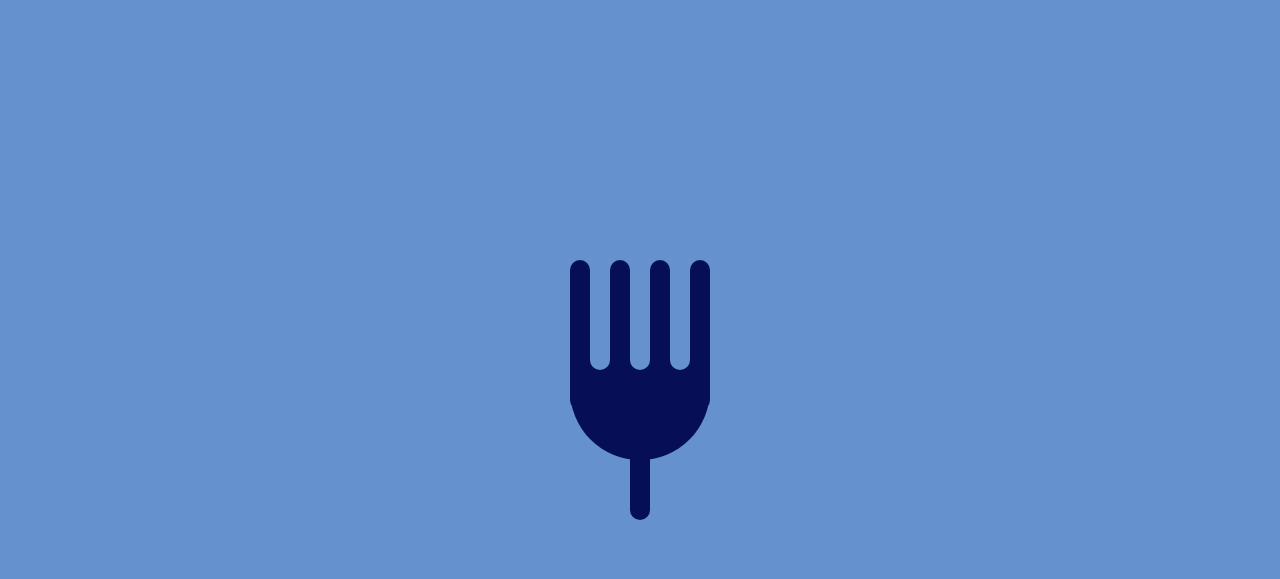
Repository: hankolsen/css-battle
Page: 01-pilot-battle/08-forking-crazy.html
An editor plug-in stored every save of this project. The page is shown before and after the next save, followed by the edit.
The browser window is 1280 px wide. The pictures show the whole page.

Above is the page before, as saved 2021-02-06 19:14:38.

After the next save:
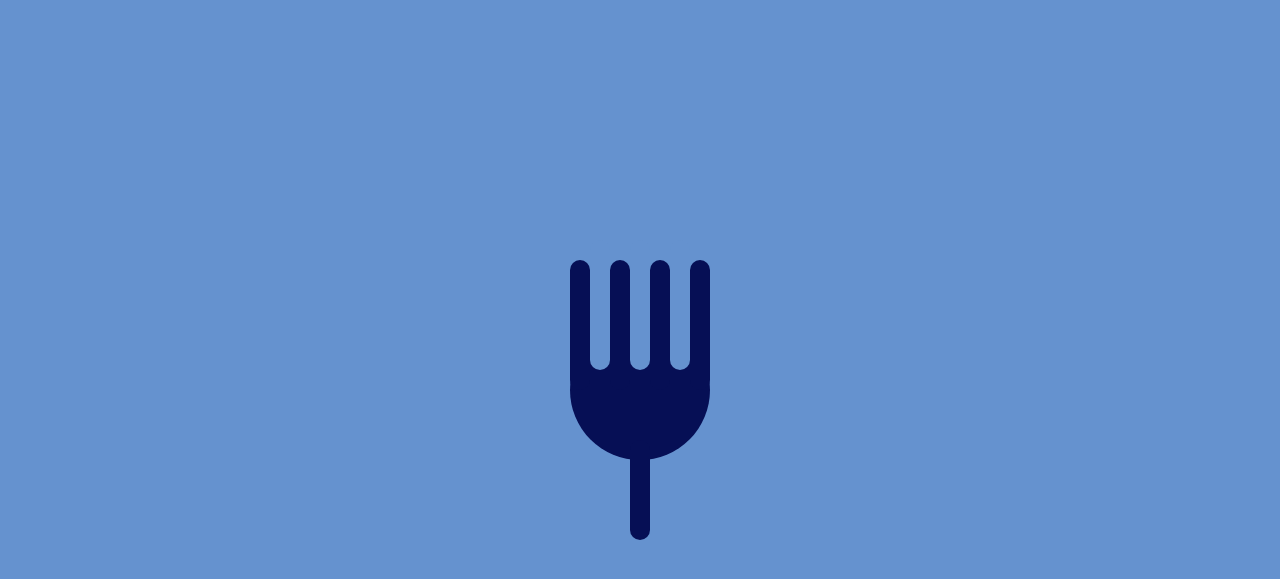
Saved 3 h 35 min later.
--- a/01-pilot-battle/08-forking-crazy.html
+++ b/01-pilot-battle/08-forking-crazy.html
@@ -1,70 +1,61 @@
 <html>
 <body>
-<div>
-  <p></p>
-  <p></p>
-  <p></p>
-  <p></p>
-  <p></p>
-  <p></p>
-  <p></p>
-  <p></p>
-</div>
-<style>
-  body {
-    background: #6592CF;
-    display: flex;
-    justify-content: center;
-    align-items: center;
-  }
-  div {
-    width: 140px;
-    height: 140px;
-    background: #060F55;
-    border-radius: 50%;
-    position: relative;
-    top: 30px
-  }
-  p {
-    margin: 0;
-    padding: 0;
-    position: absolute;
-    left: 0px;
-    top: -60px;
-    width: 20px;
-    height: 150px;
-    background: #060F55;
-    border-radius: 20px;
-  }
-  p:nth-child(2n) {
-    left: 20px;
-    top: -100px;
-    background: #6592CF;
-  }
- p:nth-child(3) {
-    left: 40px;
-  }
-  p:nth-child(4) {
-    left: 60px;
-  }
-  p:nth-child(5) {
-    left: 80px;
-  }
-  p:nth-child(6) {
-    left: 100px;
-  }
-  p:nth-child(7) {
-    left: 120px;
-  }
-  p:nth-child(8) {
-    position: absolute;
-    left: 60px;
-    top: 100px;
-    width: 20px;
-    height: 100px;
-    background: #060F55;
-    border-radius: 20px;
-  }
-</style>
+  <div class="fork">
+    <div class="lines">
+      <p></p>
+      <p></p>
+      <p></p>
+      <p></p>
+      <p></p>
+      <p></p>
+      <p></p>
+    </div>
+    <div class="stick"></div>
+  </div>
+  <style>
+    body {
+      background: #6592CF;
+      display: flex;
+      justify-content: center;
+      align-items: center;
+    }
+    .fork {
+      width: 140px;
+      height: 140px;
+      background: #060F55;
+      border-radius: 50%;
+      position: relative;
+      top: 30px
+    }
+    .lines {
+      position: absolute;
+      left: 0px;
+      top: -60px;
+      width: 140px;
+      height: 10px;
+      display: flex;
+    }
+    p {
+      margin: 0;
+      padding: 0;
+      width: 20px;
+      height: 130px;
+      background: #060F55;
+      border-radius: 20px;
+    }
+    p:nth-child(2n) {
+      background: #6592CF;
+      margin-top: -20px
+    }
+    .stick {
+      position: absolute;
+      left: 60px;
+      top: 120px;
+      width: 20px;
+      height: 100px;
+      background: #060F55;
+      border-radius: 20px;
+    }
+  </style>
 </body>
 </html>
